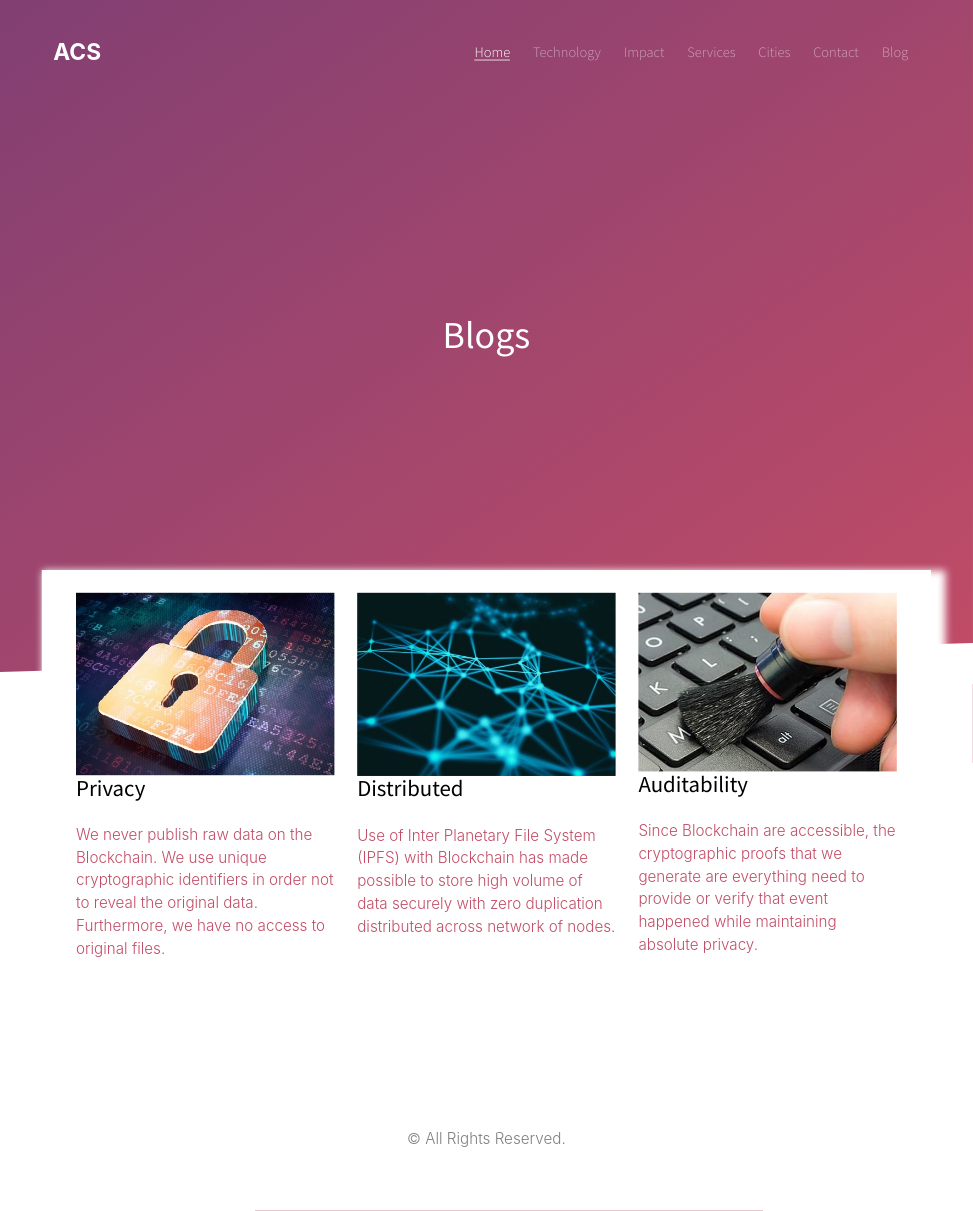
Repository: agarwalrahul-22/acs
Page: /blog
These files come from the project's save history. The page is drawn as it stood at one moment and after the next save; the edit follows.
The browser window is 1280 px wide. The pictures show the whole page, at 76% of full size.
Some web fonts or font styles are not loaded; a fallback is used. The project was rebuilt for these pictures with package versions that can differ from the ones it lists, and the page was loaded fresh each time. Also part of the build but not shown: src/components/main/LandingComponent.js, src/components/main/TechComponent.js, src/components/main/ImpactComponent.js, src/components/main/ServicesComponent.js, src/components/main/CitiesComponent.js, src/components/MainComponent.js.

Above is the page before, as saved 2022-10-10 22:09:25.

### public/index.html
<!DOCTYPE html>
<html lang="en">
  <head>
    <meta charset="utf-8" />
    <link rel="icon" href="%PUBLIC_URL%/favicon.ico" />
    <meta name="viewport" content="width=device-width, initial-scale=1" />
    <meta name="theme-color" content="#000000" />
    <meta name="description" content="Blockchain based Atithi Compliance System" />
    <link rel="apple-touch-icon" href="%PUBLIC_URL%/logo192.png" />
    <link href='https://fonts.googleapis.com/css?family=Source+Sans+Pro:400,300,600,400italic,700' rel='stylesheet'
      type='text/css'>
    <link rel="stylesheet" href="css/animate.css">
    <link rel="stylesheet" href="css/icomoon.css">
    <link rel="stylesheet" href="css/simple-line-icons.css">
    <link rel="stylesheet" href="css/magnific-popup.css">
    <link rel="stylesheet" href="css/bootstrap.css">
    <link rel="stylesheet" href="css/style3.css">
    <!--
      manifest.json provides metadata used when your web app is installed on a
      user's mobile device or desktop. See https://developers.google.com/web/fundamentals/web-app-manifest/
    -->
    <link rel="manifest" href="%PUBLIC_URL%/manifest.json" />
    <!--
      Notice the use of %PUBLIC_URL% in the tags above.
      It will be replaced with the URL of the `public` folder during the build.
      Only files inside the `public` folder can be referenced from the HTML.

      Unlike "/favicon.ico" or "favicon.ico", "%PUBLIC_URL%/favicon.ico" will
      work correctly both with client-side routing and a non-root public URL.
      Learn how to configure a non-root public URL by running `npm run build`.
    -->
    <title>Atithi Compliance System</title>
  </head>
  <body>
    <noscript>You need to enable JavaScript to run this app.</noscript>
    <div id="root"></div>
    <!--
      This HTML file is a template.
      If you open it directly in the browser, you will see an empty page.

      You can add webfonts, meta tags, or analytics to this file.
      The build step will place the bundled scripts into the <body> tag.

      To begin the development, run `npm start` or `yarn start`.
      To create a production bundle, use `npm run build` or `yarn build`.
    -->
  </body>
</html>

### src/components/BlogComponent.js
import React from 'react'
import report from "../images/report.svg";
import blockchain from "../images/blockchain.svg";
import img7 from "../images/img_7.jpg";
import img8 from "../images/img_8.jpg";
import img10 from "../images/img_10.jpg";
import fullimage2 from "../images/full_image_2.jpg";
import privacy from "../images/privacy_acs.jpg";
import distributed from "../images/distributed_acs.jpg";
import audit from "../images/audit_acs.jpg";
function BlogComponent() {
  return (
    <div>
      <section
        id="fh5co-home"
        data-section="home"
        style={{ backgroundImage: { fullimage2 } }}
        data-stellar-background-ratio="0.5"
      >
        <div className="gradient"></div>
        <div className="container">
          <div className="text-wrap">
            <div className="text-inner">
              <h1 className="to-animate">Blogs </h1>
            </div>
          </div>
        </div>
        <div className="slant"></div>
      </section>
      <section id="fh5co-intro">
        <div className="container">
          <div className="row row-bottom-padded-lg"
          style={{backgroundColor:'white', padding:'30px', boxShadow:'10px 10px 10px 10px white'}}
          >
            <div className="col-md-4 col-sm-6 col-xxs-12">
              <a
                href={privacy}
                className="fh5co-project-item image-popup to-animate"
              >
                <img src={privacy} alt="Image" className="img-responsive" />
                <div className="fh5co-text">
                  <h2>Privacy</h2>
                  <span>
                    We never publish raw data on the Blockchain. We use unique
                    cryptographic identifiers in order not to reveal the
                    original data. Furthermore, we have no access to original
                    files.
                  </span>
                </div>
              </a>
            </div>
            <div className="col-md-4 col-sm-6 col-xxs-12">
              <a
                href={distributed}
                className="fh5co-project-item image-popup to-animate"
              >
                <img src={distributed} alt="Image" className="img-responsive" />
                <div className="fh5co-text">
                  <h2>Distributed</h2>
                  <span>
                    Use of Inter Planetary File System (IPFS) with Blockchain
                    has made possible to store high volume of data securely with
                    zero duplication distributed across network of nodes.
                  </span>
                </div>
              </a>
            </div>
            <div className="col-md-4 col-sm-6 col-xxs-12">
              <a
                href={audit}
                className="fh5co-project-item image-popup to-animate"
              >
                <img src={audit} alt="Image" className="img-responsive" />
                <div className="fh5co-text">
                  <h2>Auditability</h2>
                  <span>
                    Since Blockchain are accessible, the cryptographic proofs
                    that we generate are everything need to provide or verify
                    that event happened while maintaining absolute privacy.
                  </span>
                </div>
              </a>
            </div>
          </div>
        </div>
      </section>
    </div>
  );
}

export default BlogComponent;

### public/css/simple-line-icons.css
@font-face {
  font-family: 'simple-line-icons';
  src:  url('../fonts/simple-line-icons/Simple-Line-Icons.eot?v=2.2.2');
  src:  url('../fonts/simple-line-icons/Simple-Line-Icons.eot?#iefix&v=2.2.2') format('embedded-opentype'),
        url('../fonts/simple-line-icons/Simple-Line-Icons.ttf?v=2.2.2') format('truetype'),
        url('../fonts/simple-line-icons/Simple-Line-Icons.woff2?v=2.2.2') format('woff2'),
        url('../fonts/simple-line-icons/Simple-Line-Icons.woff?v=2.2.2') format('woff'),
        url('../fonts/simple-line-icons/Simple-Line-Icons.svg?v=2.2.2#simple-line-icons') format('svg');
  font-weight: normal;
  font-style: normal;
}
/*
 Use the following CSS code if you want to have a class per icon.
 Instead of a list of all class selectors, you can use the generic [class*="icon-"] selector, but it's slower:
*/
.icon-user,
.icon-people,
.icon-user-female,
.icon-user-follow,
.icon-user-following,
.icon-user-unfollow,
.icon-login,
.icon-logout,
.icon-emotsmile,
.icon-phone,
.icon-call-end,
.icon-call-in,
.icon-call-out,
.icon-map,
.icon-location-pin,
.icon-direction,
.icon-directions,
.icon-compass,
.icon-layers,
.icon-menu,
.icon-list,
.icon-options-vertical,
.icon-options,
.icon-arrow-down,
.icon-arrow-left,
.icon-arrow-right,
.icon-arrow-up,
.icon-arrow-up-circle,
.icon-arrow-left-circle,
.icon-arrow-right-circle,
.icon-arrow-down-circle,
.icon-check,
.icon-clock,
.icon-plus,
.icon-close,
.icon-trophy,
.icon-screen-smartphone,
.icon-screen-desktop,
.icon-plane,
.icon-notebook,
.icon-mustache,
.icon-mouse,
.icon-magnet,
.icon-energy,
.icon-disc,
.icon-cursor,
.icon-cursor-move,
.icon-crop,
.icon-chemistry,
.icon-speedometer,
.icon-shield,
.icon-screen-tablet,
.icon-magic-wand,
.icon-hourglass,
.icon-graduation,
.icon-ghost,
.icon-game-controller,
.icon-fire,
.icon-eyeglass,
.icon-envelope-open,
.icon-envelope-letter,
.icon-bell,
.icon-badge,
.icon-anchor,
.icon-wallet,
.icon-vector,
.icon-speech,
.icon-puzzle,
.icon-printer,
.icon-present,
.icon-playlist,
.icon-pin,
.icon-picture,
.icon-handbag,
.icon-globe-alt,
.icon-globe,
.icon-folder-alt,
.icon-folder,
.icon-film,
.icon-feed,
.icon-drop,
.icon-drawar,
.icon-docs,
.icon-doc,
.icon-diamond,
.icon-cup,
.icon-calculator,
.icon-bubbles,
.icon-briefcase,
.icon-book-open,
.icon-basket-loaded,
.icon-basket,
.icon-bag,
.icon-action-undo,
.icon-action-redo,
.icon-wrench,
.icon-umbrella,
.icon-trash,
.icon-tag,
.icon-support,
.icon-frame,
.icon-size-fullscreen,
.icon-size-actual,
.icon-shuffle,
.icon-share-alt,
.icon-share,
.icon-rocket,
.icon-question,
.icon-pie-chart,
.icon-pencil,
.icon-note,
.icon-loop,
.icon-home,
.icon-grid,
.icon-graph,
.icon-microphone,
.icon-music-tone-alt,
.icon-music-tone,
.icon-earphones-alt,
.icon-earphones,
.icon-equalizer,
.icon-like,
.icon-dislike,
.icon-control-start,
.icon-control-rewind,
.icon-control-play,
.icon-control-pause,
.icon-control-forward,
.icon-control-end,
.icon-volume-1,
.icon-volume-2,
.icon-volume-off,
.icon-calendar,
.icon-bulb,
.icon-chart,
.icon-ban,
.icon-bubble,
.icon-camrecorder,
.icon-camera,
.icon-cloud-download,
.icon-cloud-upload,
.icon-envelope,
.icon-eye,
.icon-flag,
.icon-heart,
.icon-info,
.icon-key,
.icon-link,
.icon-lock,
.icon-lock-open,
.icon-magnifier,
.icon-magnifier-add,
.icon-magnifier-remove,
.icon-paper-clip,
.icon-paper-plane,
.icon-power,
.icon-refresh,
.icon-reload,
.icon-settings,
.icon-star,
.icon-symble-female,
.icon-symbol-male,
.icon-target,
.icon-credit-card,
.icon-paypal,
.icon-social-tumblr,
.icon-social-twitter,
.icon-social-facebook,
.icon-social-instagram,
.icon-social-linkedin,
.icon-social-pinterest,
.icon-social-github,
.icon-social-gplus,
.icon-social-reddit,
.icon-social-skype,
.icon-social-dribbble,
.icon-social-behance,
.icon-social-foursqare,
.icon-social-soundcloud,
.icon-social-spotify,
.icon-social-stumbleupon,
.icon-social-youtube,
.icon-social-dropbox {
  font-family: 'simple-line-icons';
  speak: none;
  font-style: normal;
  font-weight: normal;
  font-variant: normal;
  text-transform: none;
  line-height: 1;
  /* Better Font Rendering =========== */
  -webkit-font-smoothing: antialiased;
  -moz-osx-font-smoothing: grayscale;
}
.icon-user:before {
  content: "\e005";
}
.icon-people:before {
  content: "\e001";
}
.icon-user-female:before {
  content: "\e000";
}
.icon-user-follow:before {
  content: "\e002";
}
.icon-user-following:before {
  content: "\e003";
}
.icon-user-unfollow:before {
  content: "\e004";
}
.icon-login:before {
  content: "\e066";
}
.icon-logout:before {
  content: "\e065";
}
.icon-emotsmile:before {
  content: "\e021";
}
.icon-phone:before {
  content: "\e600";
}
.icon-call-end:before {
  content: "\e048";
}
.icon-call-in:before {
  content: "\e047";
}
.icon-call-out:before {
  content: "\e046";
}
.icon-map:before {
  content: "\e033";
}
.icon-location-pin:before {
  content: "\e096";
}
.icon-direction:before {
  content: "\e042";
}
.icon-directions:before {
  content: "\e041";
}
.icon-compass:before {
  content: "\e045";
}
.icon-layers:before {
  content: "\e034";
}
.icon-menu:before {
  content: "\e601";
}
.icon-list:before {
  content: "\e067";
}
.icon-options-vertical:before {
  content: "\e602";
}
.icon-options:before {
  content: "\e603";
}
.icon-arrow-down:before {
  content: "\e604";
}
.icon-arrow-left:before {
  content: "\e605";
}
.icon-arrow-right:before {
  content: "\e606";
}
.icon-arrow-up:before {
  content: "\e607";
}
.icon-arrow-up-circle:before {
  content: "\e078";
}
.icon-arrow-left-circle:before {
  content: "\e07a";
}
.icon-arrow-right-circle:before {
  content: "\e079";
}
.icon-arrow-down-circle:before {
  content: "\e07b";
}
.icon-check:before {
  content: "\e080";
}
.icon-clock:before {
  content: "\e081";
}
.icon-plus:before {
  content: "\e095";
}
.icon-close:before {
  content: "\e082";
}
.icon-trophy:before {
  content: "\e006";
}
.icon-screen-smartphone:before {
  content: "\e010";
}
.icon-screen-desktop:before {
  content: "\e011";
}
.icon-plane:before {
  content: "\e012";
}
.icon-notebook:before {
  content: "\e013";
}
.icon-mustache:before {
  content: "\e014";
}
.icon-mouse:before {
  content: "\e015";
}
.icon-magnet:before {
  content: "\e016";
}
.icon-energy:before {
  content: "\e020";
}
.icon-disc:before {
  content: "\e022";
}
.icon-cursor:before {
  content: "\e06e";
}
.icon-cursor-move:before {
  content: "\e023";
}
.icon-crop:before {
  content: "\e024";
}
.icon-chemistry:before {
  content: "\e026";
}
.icon-speedometer:before {
  content: "\e007";
}
.icon-shield:before {
  content: "\e00e";
}
.icon-screen-tablet:before {
  content: "\e00f";
}
.icon-magic-wand:before {
  content: "\e017";
}
.icon-hourglass:before {
  content: "\e018";
}
.icon-graduation:before {
  content: "\e019";
}
.icon-ghost:before {
  content: "\e01a";
}
.icon-game-controller:before {
  content: "\e01b";
}
.icon-fire:before {
  content: "\e01c";
}
.icon-eyeglass:before {
  content: "\e01d";
}
.icon-envelope-open:before {
  content: "\e01e";
}
.icon-envelope-letter:before {
  content: "\e01f";
}
.icon-bell:before {
  content: "\e027";
}
.icon-badge:before {
  content: "\e028";
}
.icon-anchor:before {
  content: "\e029";
}
.icon-wallet:before {
  content: "\e02a";
}
.icon-vector:before {
  content: "\e02b";
}
.icon-speech:before {
  content: "\e02c";
}
.icon-puzzle:before {
  content: "\e02d";
}
.icon-printer:before {
  content: "\e02e";
}
.icon-present:before {
  content: "\e02f";
}
.icon-playlist:before {
  content: "\e030";
}
.icon-pin:before {
  content: "\e031";
}
.icon-picture:before {
  content: "\e032";
}
.icon-handbag:before {
  content: "\e035";
}
.icon-globe-alt:before {
  content: "\e036";
}
.icon-globe:before {
  content: "\e037";
}
.icon-folder-alt:before {
  content: "\e039";
}
.icon-folder:before {
  content: "\e089";
}
.icon-film:before {
  content: "\e03a";
}
.icon-feed:before {
  content: "\e03b";
}
.icon-drop:before {
  content: "\e03e";
}
.icon-drawar:before {
  content: "\e03f";
}
.icon-docs:before {
  content: "\e040";
}
.icon-doc:before {
  content: "\e085";
}
.icon-diamond:before {
  content: "\e043";
}
.icon-cup:before {
  content: "\e044";
}
.icon-calculator:before {
  content: "\e049";
}
.icon-bubbles:before {
  content: "\e04a";
}
.icon-briefcase:before {
  content: "\e04b";
}
.icon-book-open:before {
  content: "\e04c";
}
.icon-basket-loaded:before {
  content: "\e04d";
}
.icon-basket:before {
  content: "\e04e";
}
.icon-bag:before {
  content: "\e04f";
}
.icon-action-undo:before {
  content: "\e050";
}
.icon-action-redo:before {
  content: "\e051";
}
.icon-wrench:before {
  content: "\e052";
}
.icon-umbrella:before {
  content: "\e053";
}
.icon-trash:before {
  content: "\e054";
}
.icon-tag:before {
  content: "\e055";
}
.icon-support:before {
  content: "\e056";
}
.icon-frame:before {
  content: "\e038";
}
.icon-size-fullscreen:before {
  content: "\e057";
}
.icon-size-actual:before {
  content: "\e058";
}
.icon-shuffle:before {
  content: "\e059";
}
.icon-share-alt:before {
  content: "\e05a";
}
.icon-share:before {
  content: "\e05b";
}
.icon-rocket:before {
  content: "\e05c";
}
.icon-question:before {
  content: "\e05d";
}
.icon-pie-chart:before {
  content: "\e05e";
}
.icon-pencil:before {
  content: "\e05f";
}
.icon-note:before {
  content: "\e060";
}
.icon-loop:before {
  content: "\e064";
}
.icon-home:before {
  content: "\e069";
}
.icon-grid:before {
  content: "\e06a";
}
.icon-graph:before {
  content: "\e06b";
}
.icon-microphone:before {
  content: "\e063";
}
.icon-music-tone-alt:before {
  content: "\e061";
}
.icon-music-tone:before {
  content: "\e062";
}
.icon-earphones-alt:before {
  content: "\e03c";
}
.icon-earphones:before {
  content: "\e03d";
}
.icon-equalizer:before {
  content: "\e06c";
}
.icon-like:before {
  content: "\e068";
}
.icon-dislike:before {
  content: "\e06d";
}
.icon-control-start:before {
  content: "\e06f";
}
.icon-control-rewind:before {
  content: "\e070";
}
.icon-control-play:before {
  content: "\e071";
}
.icon-control-pause:before {
  content: "\e072";
}
.icon-control-forward:before {
  content: "\e073";
}
.icon-control-end:before {
  content: "\e074";
}
.icon-volume-1:before {
  content: "\e09f";
}
.icon-volume-2:before {
  content: "\e0a0";
}
.icon-volume-off:before {
  content: "\e0a1";
}
.icon-calendar:before {
  content: "\e075";
}
.icon-bulb:before {
  content: "\e076";
}
.icon-chart:before {
  content: "\e077";
}
.icon-ban:before {
  content: "\e07c";
}
.icon-bubble:before {
  content: "\e07d";
}
.icon-camrecorder:before {
  content: "\e07e";
}
.icon-camera:before {
  content: "\e07f";
}
.icon-cloud-download:before {
  content: "\e083";
}
.icon-cloud-upload:before {
  content: "\e084";
}
.icon-envelope:before {
  content: "\e086";
}
.icon-eye:before {
  content: "\e087";
}
.icon-flag:before {
  content: "\e088";
}
.icon-heart:before {
  content: "\e08a";
}
.icon-info:before {
  content: "\e08b";
}
.icon-key:before {
  content: "\e08c";
}
.icon-link:before {
  content: "\e08d";
}
.icon-lock:before {
  content: "\e08e";
}
.icon-lock-open:before {
  content: "\e08f";
}
.icon-magnifier:before {
  content: "\e090";
}
.icon-magnifier-add:before {
  content: "\e091";
}
.icon-magnifier-remove:before {
  content: "\e092";
}
.icon-paper-clip:before {
  content: "\e093";
}
.icon-paper-plane:before {
  content: "\e094";
}
.icon-power:before {
  content: "\e097";
}
.icon-refresh:before {
  content: "\e098";
}
.icon-reload:before {
  content: "\e099";
}
.icon-settings:before {
  content: "\e09a";
}
.icon-star:before {
  content: "\e09b";
}
.icon-symble-female:before {
  content: "\e09c";
}
.icon-symbol-male:before {
  content: "\e09d";
}
.icon-target:before {
  content: "\e09e";
}
.icon-credit-card:before {
  content: "\e025";
}
.icon-paypal:before {
  content: "\e608";
}
.icon-social-tumblr:before {
  content: "\e00a";
}
.icon-social-twitter:before {
  content: "\e009";
}
.icon-social-facebook:before {
  content: "\e00b";
}
.icon-social-instagram:before {
  content: "\e609";
}
.icon-social-linkedin:before {
  content: "\e60a";
}
.icon-social-pinterest:before {
  content: "\e60b";
}
.icon-social-github:before {
  content: "\e60c";
}
.icon-social-gplus:before {
  content: "\e60d";
}
.icon-social-reddit:before {
  content: "\e60e";
}
.icon-social-skype:before {
  content: "\e60f";
}
.icon-social-dribbble:before {
  content: "\e00d";
}
.icon-social-behance:before {
  content: "\e610";
}
.icon-social-foursqare:before {
  content: "\e611";
}
.icon-social-soundcloud:before {
  content: "\e612";
}
.icon-social-spotify:before {
  content: "\e613";
}
.icon-social-stumbleupon:before {
  content: "\e614";
}
.icon-social-youtube:before {
  content: "\e008";
}
.icon-social-dropbox:before {
  content: "\e00c";
}

Loaded but not shown: src/index.js (common file); src/index.css (common file); src/reportWebVitals.js (common file); public/css/animate.css (library); public/css/icomoon.css (common file); public/css/magnific-popup.css (library); public/css/bootstrap.css (library); src/components/HeaderComponent.js (68 lines, source omitted); src/App.js (35 lines, source omitted); src/components/FooterComponent.js (20 lines, source omitted); public/css/style3.css (1411 lines, source omitted)

After the next save:
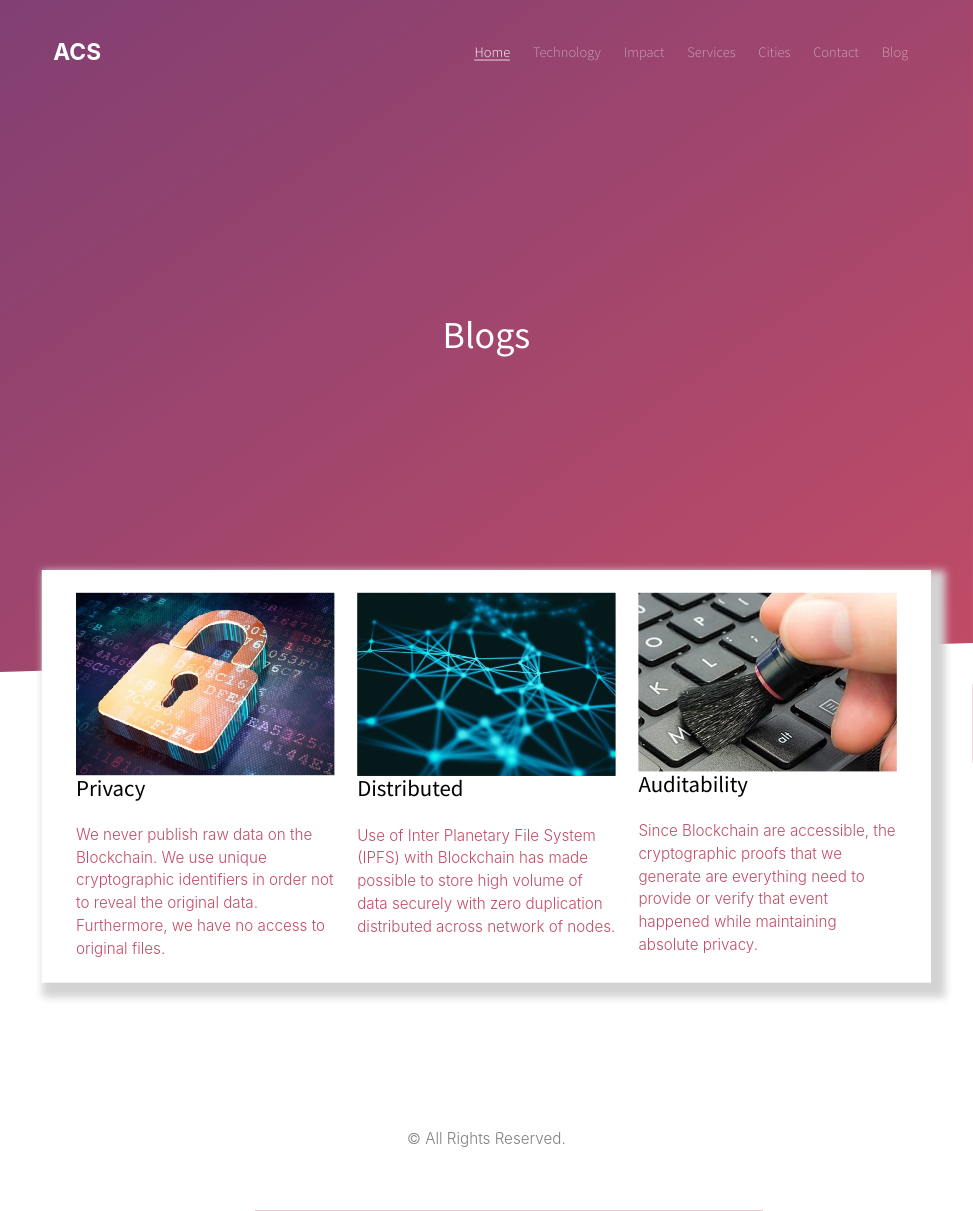
Saved 12 s later.
--- a/src/components/BlogComponent.js
+++ b/src/components/BlogComponent.js
@@ -30,7 +30,7 @@ function BlogComponent() {
       <section id="fh5co-intro">
         <div className="container">
           <div className="row row-bottom-padded-lg"
-          style={{backgroundColor:'white', padding:'30px', boxShadow:'10px 10px 10px 10px white'}}
+          style={{backgroundColor:'white', padding:'30px', boxShadow:'10px 10px 10px 10px lightgrey'}}
           >
             <div className="col-md-4 col-sm-6 col-xxs-12">
               <a
